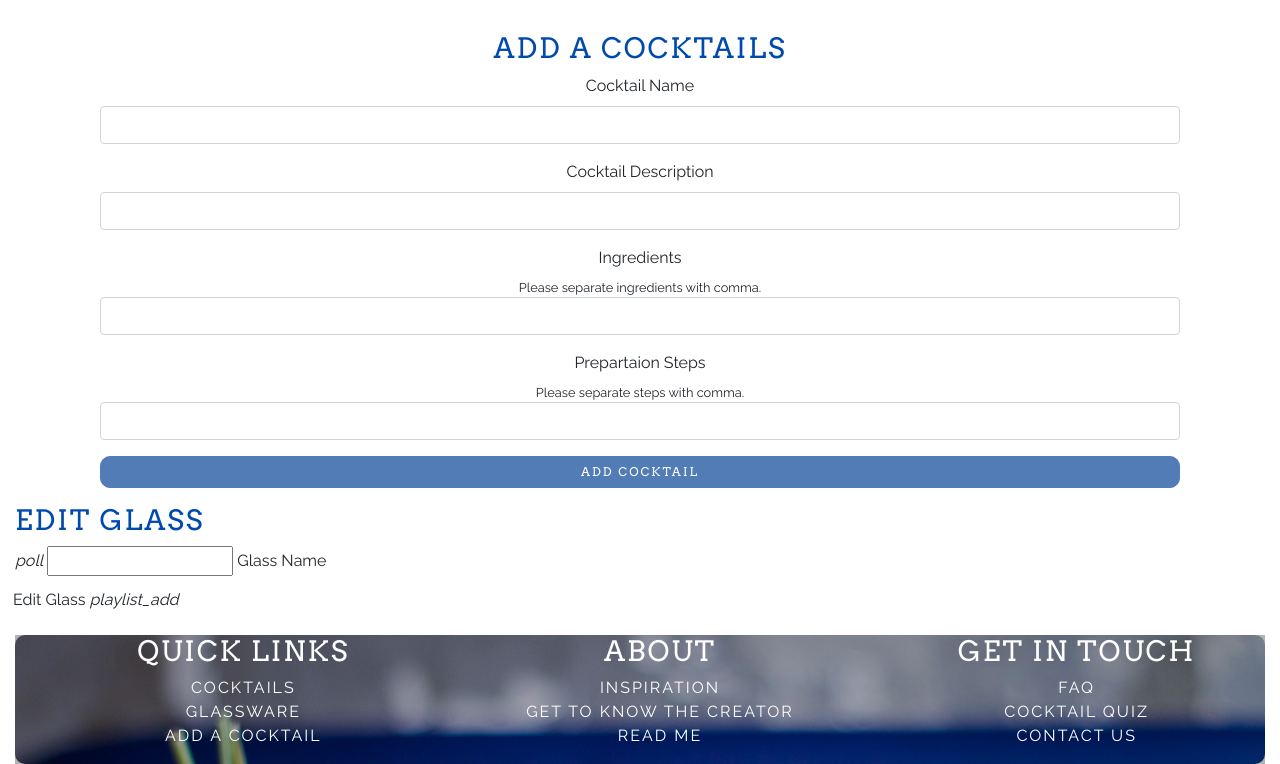
Repository: noblesaleka/cocktail_app
Page: templates/editglass.html
The author's editor kept a record of every edit. The page is drawn from the files as they stood at one moment, then again after the next edit.
The browser window is 1280 px wide. The pictures show the part of the page from y = 556 to 1320 px (the page is 1320 px tall before and 1024 px after).
The page is served by the project's application, run on Flask 3 (app.py). The template is opened directly, without the code that normally fills it, so the values that code supplies are empty.

Above is the page before.
Console error: TypeError: $(...).formSelect is not a function

### templates/editglass.html
{% extends 'base.html' %} {% block content %}

<div class="container-fluid text-center">

    <div class="text-center">
        <h3>Add A Cocktails</h3>
    </div>

    <div class="container" id="">

        <form id="upload-form" action="{{url_for('insert_cocktail')}}" method="POST" enctype="multipart/form-data" class="col s12">
            <!--Cocktail Name-->
            <div class="form-group row ">
                <div class="col-12">
                    <label for="cocktail_name">Cocktail Name</label>
                    <input class="form-control validate" type="text" name="cocktail_name" id="cocktail_name" value="" required>
                </div>
            </div>

            <!--Cocktail Description-->
            <div class="form-group row ">
                <div class="col-12">
                    <label for="cocktail_description">Cocktail Description</label>
                    <input class="form-control validate" type="text" name="cocktail_description" id="cocktail_description" value="" required>
                </div>
            </div>

            <!--Cocktail Ingredients-->
            <div class="form-group row ">
                <div class="col-12">
                    <label for="ingredients">Ingredients</label>
                    <div><small>Please separate ingredients with comma.</small></div>
                    <input class="form-control validate" type="text" name="ingredients" id="ingredients" required>
                </div>
            </div>

            <!--Cocktail Preparation-->
            <div class="form-group row ">
                <div class="col-12">
                    <label for="preparation_steps">Prepartaion Steps</label>
                    <div><small>Please separate steps with comma.</small></div>
                    <input class="form-control validate" type="text" name="preparation_steps" id="preparation_steps" required>
                </div>
            </div>


            <!--Submit-->
            <div class="form-group row text-center">
                <div class="col-12">
                    <button class="btn btn-primary btn-block reg-btn" type="submit" name="action" id="add_cocktail_btn">Add Cocktail</button>
                </div>
            </div>


        </form>

    </div>
</div>



<h3>Edit Glass</h3>

<div class="row">
    <form action = "{{ url_for('update_glass', glass_id=glass._id) }}" method="POST" class="col s12">
       <div class="row">
            <div class="input-field col s12">
                <i class="material-icons prefix">poll</i>
                <input id="glass_name" name="glass_name" type="text" class="validate" value ="{{glass.glass_name}}">
                <label for="glass_name">Glass Name</label>
            </div>
        </div>
        <div class="row">
            <button class="btn waves-effect waves-light" type="submit" name="action">Edit Glass
                <i class="material-icons right">playlist_add</i>
            </button>
        </div>


    </form>
</div>


{% endblock %}

### templates/base.html
<!--<!DOCTYPE html>
<html>

<head>

  <!-- Google Font -->
<link href="https://fonts.googleapis.com/css2?family=Raleway&display=swap" rel="stylesheet">
<link href="https://fonts.googleapis.com/css2?family=Arvo:ital,wght@0,400;0,700;1,400;1,700&display=swap" rel="stylesheet">

<!-- Bootstrap CSS -->
<link rel="stylesheet" href="https://stackpath.bootstrapcdn.com/bootstrap/4.4.1/css/bootstrap.min.css" integrity="sha384-Vkoo8x4CGsO3+Hhxv8T/Q5PaXtkKtu6ug5TOeNV6gBiFeWPGFN9MuhOf23Q9Ifjh" crossorigin="anonymous">

<!-- Stylesheets -->
<link rel="stylesheet" href="{{url_for('static', filename='css/style.css')}}" type='text/css'>




</head>

<body>
  <div class="container-fluid">
    <header>
      <!-- Hero Section -->
      <div class="row align-items-center">
        <div class="col-12">
          <div class="jumbotron d-flex align-items-center" style="">

            <!-- Bootstrap Nav -->
            <div class="container-fluid text-center">
              <div class="row">
                <div class="col-12">
                  <nav class="navbar navbar-expand-md navbar-light d-block" style="background-color: rgba(0,0,0,0.2);">
                    <button class="navbar-toggler" type="button" data-toggle="collapse" data-target="#navbarNav" aria-controls="navbarNav" aria-expanded="false" aria-label="Toggle navigation">
                      <span class="navbar-toggler-icon"></span>
                    </button>
                    <div class="collapse navbar-collapse" id="navbarNav">
                      <ul class="navbar-nav mx-auto">
                        <li class="nav-item">
                          <a class="nav-link" href="{{url_for('get_cocktails')}}">Cocktails</span></a>
                        </li>
                        <li class="nav-item">
                          <a class="nav-link" href="{{url_for('get_glasses')}}">Glassware</a>
                        </li>
                        <li class="nav-item">
                          <a class="nav-link" href="{{url_for('add_cocktail')}}">Add Cocktail</a>
                        </li>
                      </ul>
                    </div>
                  </nav>
                </div>
              </div>

              <!-- Logo and Browse Button -->
              <div class="row">
                <div class="col-12 text-center">
                  <a class="" href="{{url_for('get_cocktails')}}">
               <img src="../static/images/logo/the_cocktail_handbook_logo.png" width="400" height="400" class=" align-middle" alt="The Cocktail Handbook Logo">
                 </a>
                  </div>
              </div>
              <div class="row">
                <div class="col-sm-12 col-md-4 offset-md-4">
                  <a class="btn btn-primary btn-lg reg-btn d-block" href="{{url_for('get_cocktails', _anchor='browse-cocktails-section')}}" id="browse_cocktail_btn" role="button">Browse Cocktails</a>
                </div>
              </div>
            </div>
          </div>
        </div>
      </div>
    </header>



    {% block content %} {% endblock %}



    <footer class="footer">
      <div class="container-fluid text-center">
        <div class="row">
          <div class="col-md-4 grey-background">

            <ul class="footer-nav">
              <li>
                <h3>Quick Links</h3>
              </li>
              <li class="footer-nav-item">
                <a href="{{url_for('get_cocktails')}}">
                    Cocktails
                    </a>
              </li>
              <li class="footer-nav-item">
                <a href="{{url_for('get_glasses')}}">
                    Glassware
                    </a>
              </li>
              <li class="footer-nav-item">
                <a href="{{url_for('get_cocktails')}}">
                    Add a Cocktail
                    </a>
              </li>
            </ul>
          </div>
          <div class="col-md-4 grey-background">
            <ul class="footer-nav">
              <li>
                <h3>About</h3>
              </li>
              <li class="footer-nav-item">
                <a href="{{url_for('get_cocktails')}}">
                    Inspiration
                    </a>
              </li>
              <li class="footer-nav-item">
                <a href="{{url_for('get_cocktails')}}">
                    Get to know the creator
                    </a>
              </li>
              <li class="footer-nav-item">
                <a href="{{url_for('get_cocktails')}}">
                    Read me
                    </a>
              </li>
            </ul>
          </div>
          <div class="col-md-4 grey-background">

            <ul class="footer-nav">
              <li>
                <h3>Get in Touch</h3>
              </li>
              <li class="footer-nav-item">
                <a href="{{url_for('get_cocktails')}}">
                    FAQ
                    </a>
              </li>
              <li class="footer-nav-item">
                <a href="{{url_for('get_cocktails')}}">
                    Cocktail Quiz
                    </a>
              </li>
              <li class="footer-nav-item">
                <a href="{{url_for('get_cocktails')}}">
                    Contact Us
                    </a>
              </li>
            </ul>
          </div>
        </div>
      </div>
    </footer>
  </div>




  <script src="https://cdnjs.cloudflare.com/ajax/libs/jquery/3.5.0/jquery.min.js" integrity="sha256-xNzN2a4ltkB44Mc/Jz3pT4iU1cmeR0FkXs4pru/JxaQ=" crossorigin="anonymous"></script>
  <script src="https://cdnjs.cloudflare.com/ajax/libs/materialize/1.0.0/js/materialize.min.js"></script>
  <script type="text/javascript">
    $(document).ready(function() {
      $('.collapse').collapse();
      $('select').formSelect();
      $('.sidenav').sidenav();

    });
  </script>


  <!-- jQuery first, then Popper.js, then Bootstrap JS -->
  <script src="https://code.jquery.com/jquery-3.4.1.slim.min.js" integrity="sha384-J6qa4849blE2+poT4WnyKhv5vZF5SrPo0iEjwBvKU7imGFAV0wwj1yYfoRSJoZ+n" crossorigin="anonymous"></script>
  <script src="https://cdn.jsdelivr.net/npm/popper.js@1.16.0/dist/umd/popper.min.js" integrity="sha384-Q6E9RHvbIyZFJoft+2mJbHaEWldlvI9IOYy5n3zV9zzTtmI3UksdQRVvoxMfooAo" crossorigin="anonymous"></script>
  <script src="https://stackpath.bootstrapcdn.com/bootstrap/4.4.1/js/bootstrap.min.js" integrity="sha384-wfSDF2E50Y2D1uUdj0O3uMBJnjuUD4Ih7YwaYd1iqfktj0Uod8GCExl3Og8ifwB6" crossorigin="anonymous"></script>
</body>

</html>

### app.py
import os, re
from flask import Flask, render_template, redirect, request, url_for, send_from_directory
from flask_pymongo import PyMongo
from bson.objectid import ObjectId


app = Flask(__name__)

#link database to application
app.config["MONGO_DBNAME"] = 'cocktailHandbook'
app.config["MONGO_URI"] = 'mongodb+srv://root:excellent0909@cluster0-dxqrw.mongodb.net/cocktailHandbook?retryWrites=true&w=majority'
APP_ROOT = os.path.dirname(os.path.abspath(__file__))

#instance of PyMongo
mongo = PyMongo(app)

#connection to database default function
@app.route('/')
@app.route('/get_cocktails')
def get_cocktails():
    return render_template("cocktails.html", cocktails=mongo.db.cocktails.find())


#display cocktails from searchbar
@app.route('/search_cocktails', methods=["GET", "POST"])
def search_cocktails():
    if request.method == "POST":
        req = request.form
        search_form = req.get('search_field')
        #search_fields = {"cocktail_name" : search_form}
        search_form_re = re.compile('.*(%s).*'%search_form, flags= re.I)
        #search_fields = {"cocktail_name" : search_form}
        search_fields = {"cocktail_name" : search_form_re}
        return render_template("cocktails.html", cocktails=mongo.db.cocktails.find(search_fields))

#display addCocktail page
@app.route('/add_cocktail')
def add_cocktail():
    return render_template("addCocktail.html",
    glasses=mongo.db.glass.find())

#add new cocktail button functionality
@app.route('/insert_cocktail', methods=['POST'])
def insert_cocktail():
    target = os.path.join(APP_ROOT, 'static/images/cocktails')
    print(target)

    if not os.path.isdir(target):
        os.mkdir(target)

    for file in request.files.getlist("cocktail_image"):
        print(file)
        filename = file.filename
        destination = "/".join([target, filename])
        print("file is loacated" + destination)
        file.save(destination)
        rel_destination = file.filename
        print("rel is loacated" + rel_destination)
    cocktails = mongo.db.cocktails

    form_data = {
        'cocktail_name' : request.form.get('cocktail_name'),
        'glass_name' : request.form.get('glass_name'),
        'cocktail_description' : request.form.get('cocktail_description'),
        'preparation_steps' : request.form.get('preparation_steps').split(','),
        'is_virgin' : request.form.get('is_virgin'),
        'ingredients' : request.form.get('ingredients').split(','),
        'cocktail_strength' : request.form.get('cocktail_strength'),
        'cocktail_image' : rel_destination
    }
    cocktails.insert_one(form_data)
    return render_template("cocktails.html", cocktails=mongo.db.cocktails.find(), image_name=filename)


#retrieve image path for cocktail images
@app.route('/upload/<filename>')
def send_image(filename):
    return send_from_directory("static/images/cocktails", filename)

#edit button functionality
@app.route('/edit_cocktail/<cocktail_id>')
def edit_cocktail(cocktail_id):
    the_cocktail = mongo.db.cocktails.find_one({"_id": ObjectId(cocktail_id)})
    all_categories = mongo.db.categories.find()
    return render_template('editCocktail.html', cocktail = the_cocktail, categories = all_categories)

@app.route('/update_cocktail/<cocktail_id>', methods=["POST"])
def update_cocktail(cocktail_id):
    cocktail = mongo.db.cocktails
    cocktail.update_cocktail( {'_id': ObjectId(cocktail_id)},
       {
        'cocktail_name' : request.form.get['cocktail_name'],
        'glass_name' : request.form.get['glass_name'],
        'cocktail_description' : request.form.get['cocktail_description'],
        'preparation_steps' : request.form.get['preparation_steps'],
        'is_virgin' : request.form.get['is_virgin']
        })
    return redirect(url_for('get_cocktails'))

@app.route('/delete_cocktail/<cocktail_id>')
def delete_cocktail(cocktail_id):
    mongo.db.cocktails.remove({'_id': ObjectId(cocktail_id)})
    return redirect(url_for('get_cocktails'))

@app.route('/get_glasses')
def get_glasses():
    return render_template('glasses.html',
    glasses=mongo.db.glass.find())

@app.route('/edit_glasses/<glass_id>')
def edit_glass(glass_id):
    return render_template('editglass.html',
    glass = mongo.db.glass.find_one({'_id': ObjectId(glass_id)}))

@app.route('/update_glass/<glass_id>', methods=["POST"])
def update_glass(glass_id):
    mongo.db.glass.update(
        {'_id' : ObjectId(glass_id)},
        {'glass_name': request.form.get('glass_name')})
    return redirect(url_for('get_glasses'))

@app.route('/delete_glass/<glass_id>')
def delete_glass(glass_id):
    mongo.db.glass.remove({'_id' : ObjectId(glass_id)})
    return redirect(url_for('get_glasses'))

@app.route('/insert_glass', methods=["POST"])
def insert_glass():
    glasses = mongo.db.glass
    glass_doc = {'glass_name': request.form.get('glass_name')}
    glasses.insert_one(glass_doc)
    return redirect(url_for('get_glasses'))

@app.route("/add_glass")
def add_glass():
    return render_template('addglass.html')


if __name__ == '__main__':
    app.run(host = os.environ.get('IP'),
    port=int(os.environ.get('PORT')),
    debug=True)

### static/css/style.css
html {
     box-sizing: border-box;
      padding: 0px;
      margin: 0px;
      scroll-behavior: smooth;
}

body {
    font-family: 'Raleway', sans-serif;
}

.rotate {
  writing-mode: vertical-lr;
  display: inline;
  transform: rotate(180deg) translateX(-5px) !important;
}
 .navbar {
     border-radius: 10px;
 }

@media (max-width: 768px) {
  .hide-sm {
  display: none;
} }

.reg-btn {
  color: white;
  background-color: #517cb5 !important;
  text-transform: uppercase;
  font-size: 0.75em;
}

.btn-primary {
  color: #fff;
  background-color: #517cb5;
  border-color: #517cb5;
  transition: 0.75s ease-in-out;
  border-radius: 10px;

}

.btn-primary:hover {
    color: #fff;
    background-color: #436A9D !important;
    border-color: #436A9D;
}

.btn-primary:focus, .btn-primary.focus {
    color: #fff;
    background-color: #5CA3FF;
    border-color: #5CA3FF;
    box-shadow: 0 0 0 0.2rem rgba(38, 143, 255, 0.5);
}

#browse_cocktail_btn {
    font-family: 'Arvo', serif;
    letter-spacing: 4px;
}

.btn_small {
    height: 60px;
    width: 60px;
    line-height: 60px;
    margin: 5px 5px;
    padding: 0 0.5em;
    border-radius: 50%;
}

.cocktail_header {
    margin-top: 30px;
    padding-left: 15px;
}


h1 {
    font-size: 2em;
}

h2 {
    font-size: 1.8em;
    font-family: 'Arvo', serif;
    color: #004aad !important;
    font-weight: 500 !important;
    text-transform: uppercase;
    position: relative;
    letter-spacing: 2px;
}

.card-header-h2 {
    font-family: 'Arvo', serif;
    color: #004aad !important;
    font-weight: 500 !important;
    text-transform: uppercase;
    position: relative;
    letter-spacing: 2px;
}

h3 {
    font-family: 'Arvo', serif;
    color: #004aad !important;
    font-weight: 500 !important;
    text-transform: uppercase;
    position: relative;
    text-decoration: none;
    letter-spacing: 2px;
}

.browse-cocktails-section h3 {
    letter-spacing: 5px;
    text-decoration: underline;
}

.nav-link {
    font-family: 'Arvo', serif;
    color: white !important;
    font-weight: 500;
    text-transform: uppercase;
    position: relative;
    letter-spacing: 2px;
}

.nav-item > a::before {
    content: "";
    position: absolute;
    width: 100%;
    height: 2px;
    bottom: 0;
    left: 0;
    background-color: #fff;
    visibility: hidden;
    transform: scaleX(0);
    transition: all 0.5s ease-in-out 0s;
}

.nav-item > a:hover::before {
    visibility: visible;
  transform: scaleX(1);
}


.jumbotron {
    background-image: url("../images/logo/louis-hansel-shotsoflouis-Kix0S25vJEo-unsplash.jpg");
    border-radius: 10px !important;
    min-height: 60vh;
    background-size: cover;
    background-repeat: no-repeat;
    padding-top: 0;

}

footer {
    border-radius: 10px;
    background-image: url("../images/logo/louis-hansel-shotsoflouis-b8-G0zZDCyY-unsplash.jpg");

    background-size: cover;
    background-repeat: no-repeat;
}

.footer h3 {
    color: white !important;
}

.footer-nav li {
    list-style: none;
    color: white !important;
    font-weight: 200;
    text-transform: uppercase;
    position: relative;
    letter-spacing: 2px;
}

.footer-nav-item a {
    text-decoration: none;
    color: white;
    font-weight: 200;
}

.footer-nav-item > a::before {
    content: "";
    position: absolute;
    width: 100%;
    height: 2px;
    bottom: 0;
    left: 0;
    background-color: white;
    visibility: hidden;
    transform: scaleX(0);
    transition: all 0.5s ease-in-out 0s;
}

.footer-nav-item > a:hover::before {
    visibility: visible;
    transform: scaleX(1);
}

.grey-background {
    background-color: rgba(0,0,0,0.3)
}

.search-box {
    padding: 10.875px;
    margin-top: 10px;
    /*background-color: #9DF7E5;*/
}

.search-btn {
  width: 100%;
  color: #517cb5;
  border-color: #517cb5;
  transition: 0.75s ease-in-out;
  border-radius: 10px;
}

.search-btn:hover {
    background-color: #517cb5 !important;
    border-color: #517cb5;
}

#search_cocktail_btn {
    font-family: 'Arvo', serif;
    letter-spacing: 2px;
    text-transform: uppercase;
    font-size: 12px;
}

.card-header {
    background-color: #f8f9fa;
}

.cocktail_image {
    min-width: 100%;
    max-height: 300px;
    object-fit:cover;
}

.cocktail_fields {
    font-size: 0.8em;
    font-weight: 400;
    text-transform: uppercase;
    letter-spacing: 2px;
    color: #004aad;
    font-family: 'Arvo', serif;

}

.ingredient_list {
    list-style: none !important;
}

.preparation_list {
    list-style: none !important;
}

.card_list {
    padding: 0;
}

#delete_cocktail_btn {
    color: #ab5f7a;
    background-color: rgba(0,0,0,0) !important;
    text-transform: uppercase;
    font-size: 0.75em;
    border-color: #ab5f7a;
    letter-spacing: 2px;
    font-family: 'Arvo', serif;
}

#delete_cocktail_btn:hover {
    background-color: #ab5f7a !important;
    border-color: #ab5f7a;
    color: white;
}

#edit_cocktail_btn {
    color: #517cb5;
    background-color: rgba(0,0,0,0) !important;
    text-transform: uppercase;
    font-size: 0.75em;
    border-color: #517cb5;
    letter-spacing: 2px;
    font-family: 'Arvo', serif;
}

#edit_cocktail_btn:hover {
    background-color: #517cb5 !important;
    border-color: #517cb5;
    color: white;
}

#add_cocktail_btn {
    text-transform: uppercase;
    font-size: 0.75em;
    letter-spacing: 2px;
    font-family: 'Arvo', serif;
}

#edit_cocktail_btn {
    text-transform: uppercase;
    font-size: 0.75em;
    letter-spacing: 2px;
    font-family: 'Arvo', serif;
}

#go_to_add_glass {
    text-transform: uppercase;
    font-size: 0.75em;
    letter-spacing: 2px;
    font-family: 'Arvo', serif;
    color: white !important;
}

After the next edit:
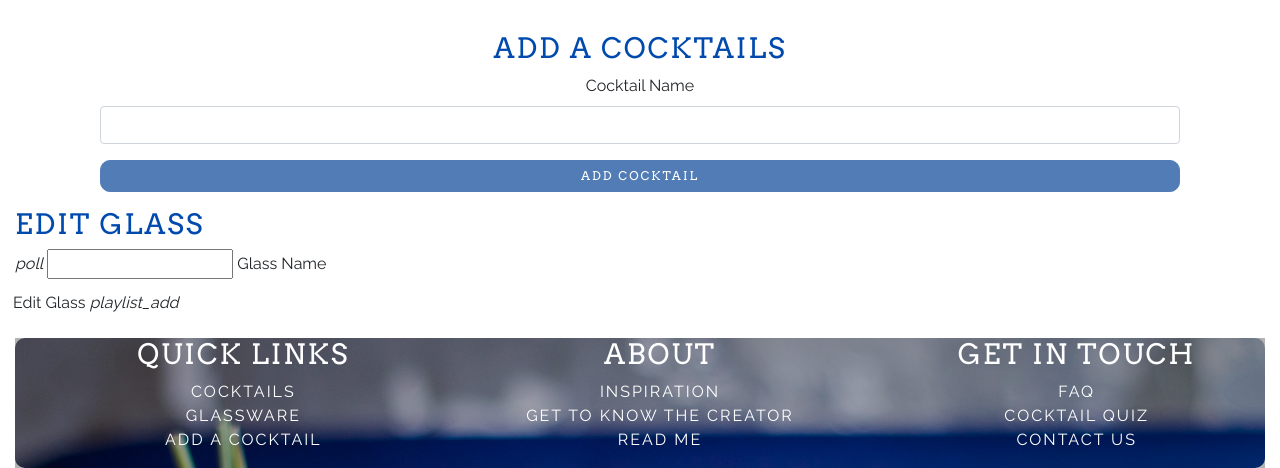
The edit:
--- a/templates/editglass.html
+++ b/templates/editglass.html
@@ -16,33 +16,6 @@
                     <input class="form-control validate" type="text" name="cocktail_name" id="cocktail_name" value="" required>
                 </div>
             </div>
-
-            <!--Cocktail Description-->
-            <div class="form-group row ">
-                <div class="col-12">
-                    <label for="cocktail_description">Cocktail Description</label>
-                    <input class="form-control validate" type="text" name="cocktail_description" id="cocktail_description" value="" required>
-                </div>
-            </div>
-
-            <!--Cocktail Ingredients-->
-            <div class="form-group row ">
-                <div class="col-12">
-                    <label for="ingredients">Ingredients</label>
-                    <div><small>Please separate ingredients with comma.</small></div>
-                    <input class="form-control validate" type="text" name="ingredients" id="ingredients" required>
-                </div>
-            </div>
-
-            <!--Cocktail Preparation-->
-            <div class="form-group row ">
-                <div class="col-12">
-                    <label for="preparation_steps">Prepartaion Steps</label>
-                    <div><small>Please separate steps with comma.</small></div>
-                    <input class="form-control validate" type="text" name="preparation_steps" id="preparation_steps" required>
-                </div>
-            </div>
-
 
             <!--Submit-->
             <div class="form-group row text-center">
